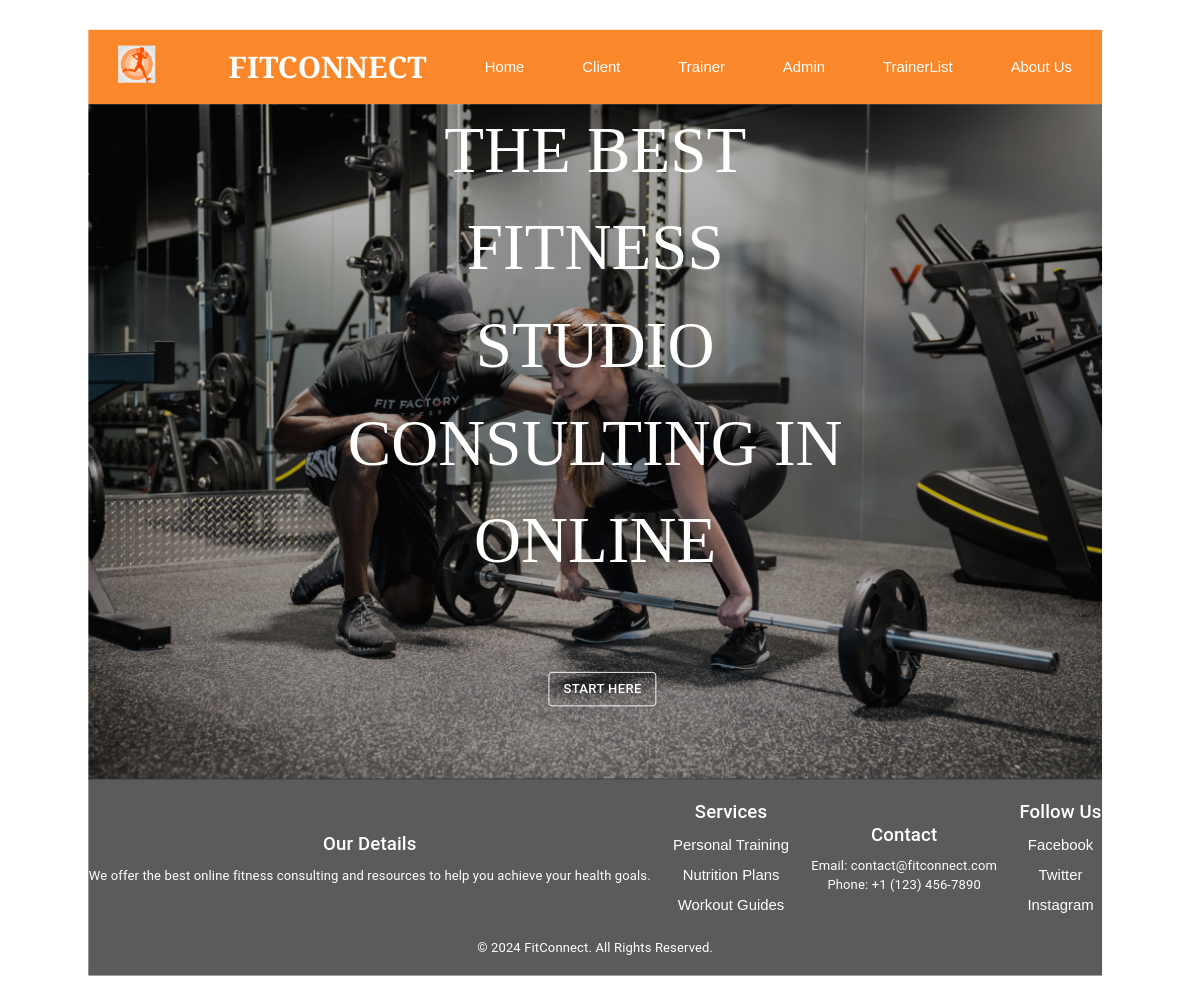
Repository: sarathraj2002/fitconnect
Page: / (app in Frontend/)
The author's editor kept a copy of each file at every save. The page is drawn from the files as they stood at one save, then again after a run of saves.
The browser window is 1280 px wide. The pictures show the whole page, at 93% of full size.
The project was rebuilt for these pictures with package versions that can differ from the ones it lists, and the page was loaded fresh each time. Also part of the build but not shown: Frontend/vite.config.js, Frontend/src/components/ClientPage.jsx, Frontend/src/components/TrainerPage.jsx, Frontend/src/components/AdminPage.css, Frontend/src/components/AdminPage.jsx, Frontend/src/components/TrainerListPage.jsx, Frontend/src/components/AboutUs.jsx, Frontend/src/components/ClientRegister.css and 5 more.

Above is the page before, as saved 2024-11-12 17:47:25.

### Frontend/index.html
<!doctype html>
<html lang="en">
  <head>
    <meta charset="UTF-8" />
    <link rel="icon" type="image/svg+xml" href="/vite.svg" />
    <meta name="viewport" content="width=device-width, initial-scale=1.0" />
    <title>FitConnect</title>
  </head>
  <body>
    <div id="root"></div>
    <script type="module" src="/src/main.jsx"></script>
  </body>
</html>

### Frontend/src/App.jsx
import React from 'react';
import { useState } from 'react'
import './App.css'
import { Route, Routes } from 'react-router-dom';
import NavBar from './components/NavBar';
import ClientPage from './components/ClientPage.jsx';
import TrainerPage from './components/TrainerPage';
import AdminPage from './components/AdminPage';
import TrainerListPage from './components/TrainerListPage';
import AboutUs from './components/AboutUs.jsx';
import Home from './components/Home.jsx';
import ClientRegister from './components/ClientRegister.jsx';
import Blog from './components/Blog.jsx';
import TrainerRegister from './components/TrainerRegister.jsx';
import TrainerProfile from './components/TrainerProfile.jsx';

function App() {
  const [count, setCount] = useState(0)

  return (
    <>


      <NavBar />
      <Routes>
        <Route path="/" element={<Home />}></Route>
        <Route path="/client" element={<ClientPage />}></Route>
        <Route path="/trainer" element={<TrainerPage />} ></Route>
        <Route path="/admin" element={<AdminPage />}></Route>
        <Route path="/trainerlist" element={<TrainerListPage />}></Route>
        <Route path="/about" element={<AboutUs />}></Route>
        <Route path="/register" element={<ClientRegister />}></Route>
        <Route path="/trainerregister" element={<TrainerRegister />}></Route>
        <Route path="/blog" element={<Blog/>}></Route>
        <Route path="/profile" element={<TrainerProfile />}></Route>

      </Routes>



    </>
  )
}

export default App

### Frontend/src/components/Navbar.jsx
import React from 'react';
import { Link } from 'react-router-dom';
import './navbar.css';
import { assets } from '../assets/assets';
const Navbar = () => {
  return (
     <nav className="navbar">
    {/* Logo */}
    <div className="navbar-logo">
      <img src={assets.logo} alt="Logo" />
    </div>
    <div className='head'>
     <b> FITCONNECT</b>
    </div>


        <Link to="/" style={{textDecoration:'none',color:'white'}}>Home</Link>
        <Link to="/client" style={{textDecoration:'none',color:'white'}}>Client</Link>
        <Link to="/trainer" style={{textDecoration:'none',color:'white'}}>Trainer</Link>
        <Link to="/admin" style={{textDecoration:'none',color:'white'}}>Admin</Link>
        <Link to="/trainerlist" style={{textDecoration:'none',color:'white'}}>TrainerList</Link>
        <Link to="/about" style={{textDecoration:'none',color:'white'}}>About Us</Link>

    </nav>
  );
};

export default Navbar;

### Frontend/src/components/Home.jsx
import React from 'react'
import { assets } from '../assets/assets'
import Button from '@mui/material/Button';
import { Stack } from '@mui/material';
import { Link, useNavigate } from 'react-router-dom';
import Footer from './Footer';

const Home = () => {

  const navigate=useNavigate()

  return (

    <>

    <div className='img' style={{ position: 'relative', textAlign: 'center' }}>

    <img
      style={{  width: '100%',filter: 'brightness(70%)' }}
      src={assets.head1}
      alt=""
    />
    <p
      style={{
        position: 'absolute',
        top: '50%',
        left: '50%',
        transform: 'translate(-50%, -50%)',
        color: 'white',
        fontSize: '70px',

        fontFamily:'fantasy'
      }}
    >
      THE BEST FITNESS STUDIO CONSULTING IN ONLINE
      <Stack spacing={2} direction="row" alignItems="center"
      justifyContent="center"
      style={{ height: '30vh' }} >

      <Link to="/blog" style={{ textDecoration: 'none' }}></Link>
      <Button onClick={()=>navigate('/blog')} variant="outlined" sx={{ color: 'white', borderColor: 'white' }}>START HERE</Button>
    </Stack>

    </p>




    </div>
    <Footer />
    </>
  )
}

export default Home;

### Frontend/src/components/Navbar.css
* {
  margin: 0;
  padding: 0;
  box-sizing: border-box;
}

body {
  font-family: Arial, sans-serif;
}

.navbar {
  display: flex;
  align-items: center;
  justify-content: space-between;
  background-color: #fa8729;
  padding: 1rem 2rem;
  color: white;
  width: 100%;
}

.navbar-logo img {
  height: 40px;
  width: auto;
}

.head {
  font-size: xx-large;
  font-family: Georgia, 'Times New Roman', Times, serif;
  color: white;
  margin-left: 1rem;
}

.navbar-links {
  display: flex;
  gap: 1.5rem;
  list-style: none;
  margin-left: auto; /* Align links to the right */
}

.navbar-links a {
  text-decoration: none;
  color: white;
  font-size: 1rem;
  transition: color 0.3s ease;
}

.navbar-links a:hover {
  color: #ec7819;
}

.navbar-toggle {
  display: none;
  font-size: 1.5rem;
  color: white;
  cursor: pointer;
}

/* Mobile view adjustments */
@media (max-width: 768px) {
  .navbar {
      flex-direction: column;
      align-items: flex-start;
  }

  .navbar-links {
      display: none;
      flex-direction: column;
      width: 100%;
      background-color: #fa8729;
      position: absolute;
      top: 100%;
      left: 0;
      padding: 1rem 2rem;
      border-radius: 0;
  }

  .navbar-links.open {
      display: flex;
  }

  .navbar-toggle {
      display: block;
  }

  .head {
      margin-left: 0;
      margin-bottom: 1rem;
  }
}

### Frontend/src/assets/assets.js
import logo from './logo.png';
import head1 from './head1.png'

export const assets={
    logo,
    head1
};

### Frontend/src/components/Footer.jsx

import React from 'react';
import { Box, Typography, Link, Stack } from '@mui/material';

const Footer = () => {
  return (
    <Box
      component="footer"
      sx={{
        backgroundColor: '#333',
        opacity:'80%',
        color: 'white',
        padding: '20px 0',
        textAlign: 'center',
        mt: -1
      }}
    >
      <Stack
        direction={{ xs: 'column' ,sm:'row' }}
        spacing={3}
        justifyContent="center"
        alignItems="center"
      >

        <Box>
          <Typography variant="h6">Our Details</Typography>
          <Typography variant="body2" sx={{ mt: 1 }}>
            We offer the best online fitness consulting and resources to help you achieve your health goals.
          </Typography>
        </Box>


        <Box>
          <Typography variant="h6">Services</Typography>
          <Link href="/services" color="inherit" underline="none" sx={{ display: 'block', mt: 1 }}>
            Personal Training
          </Link>
          <Link href="/services" color="inherit" underline="none" sx={{ display: 'block', mt: 1 }}>
            Nutrition Plans
          </Link>
          <Link href="/services" color="inherit" underline="none" sx={{ display: 'block', mt: 1 }}>
            Workout Guides
          </Link>
        </Box>


        <Box>
          <Typography variant="h6">Contact</Typography>
          <Typography variant="body2" sx={{ mt: 1 }}>Email: contact@fitconnect.com</Typography>
          <Typography variant="body2">Phone: +1 (123) 456-7890</Typography>
        </Box>


        <Box>
          <Typography variant="h6">Follow Us</Typography>
          <Link href="https://facebook.com" color="inherit" underline="none" sx={{ display: 'block', mt: 1 }}>
            Facebook
          </Link>
          <Link href="https://twitter.com" color="inherit" underline="none" sx={{ display: 'block', mt: 1 }}>
            Twitter
          </Link>
          <Link href="https://instagram.com" color="inherit" underline="none" sx={{ display: 'block', mt: 1 }}>
            Instagram
          </Link>
        </Box>
      </Stack>


      <Typography variant="body2" sx={{ mt: 3 }}>
        &copy; {new Date().getFullYear()} FitConnect. All Rights Reserved.
      </Typography>
    </Box>
  );
};

export default Footer;

Loaded but not shown: Frontend/src/main.jsx (common file); Frontend/src/index.css (common file); Frontend/src/App.css (common file)

After the next 2 saves:
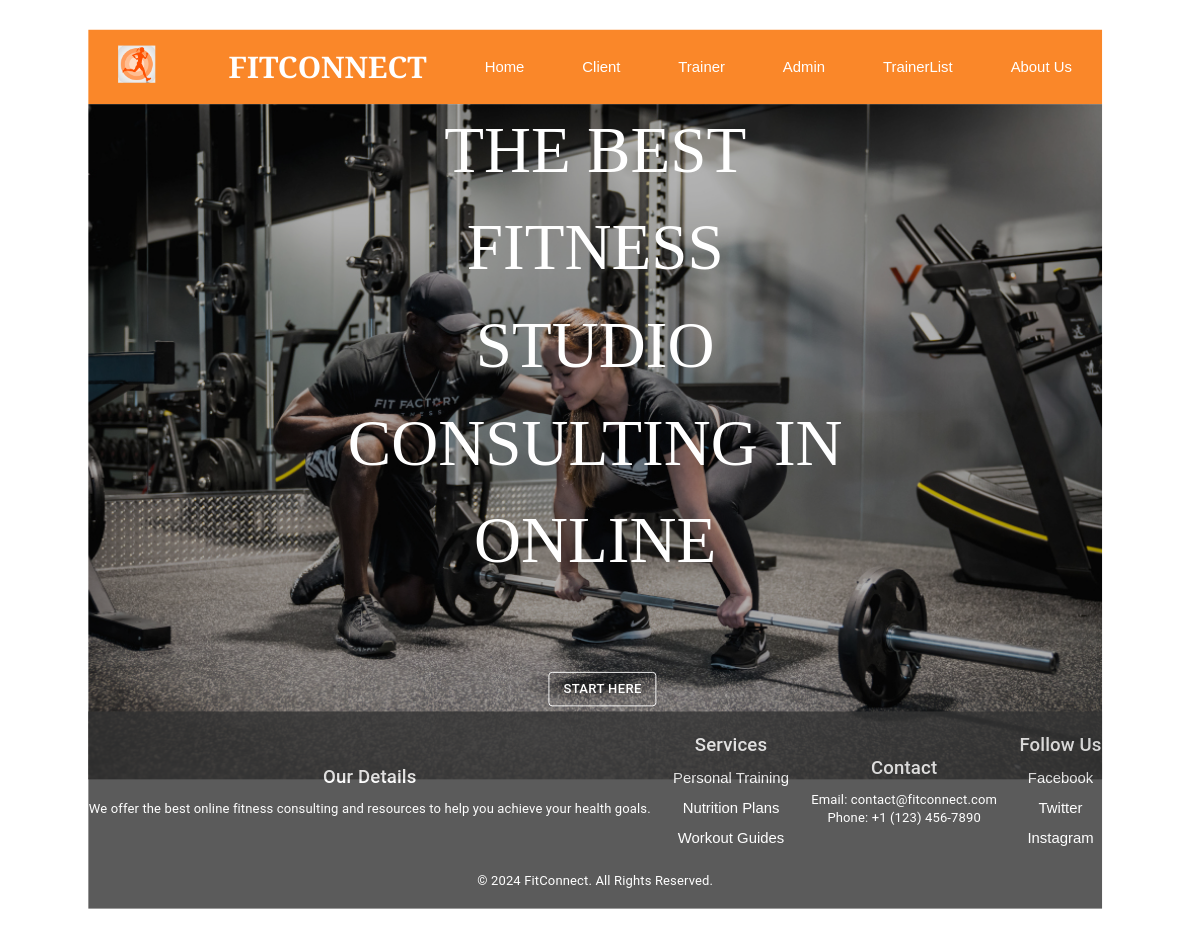
The 2 saves are shown as one change because they came seconds apart.
The last was saved 14 s later.
--- a/Frontend/src/components/Footer.jsx
+++ b/Frontend/src/components/Footer.jsx
@@ -12,7 +12,7 @@ const Footer = () => {
         color: 'white',
         padding: '20px 0',
         textAlign: 'center',
-        mt: -1
+        mt: -10
       }}
     >
       <Stack
